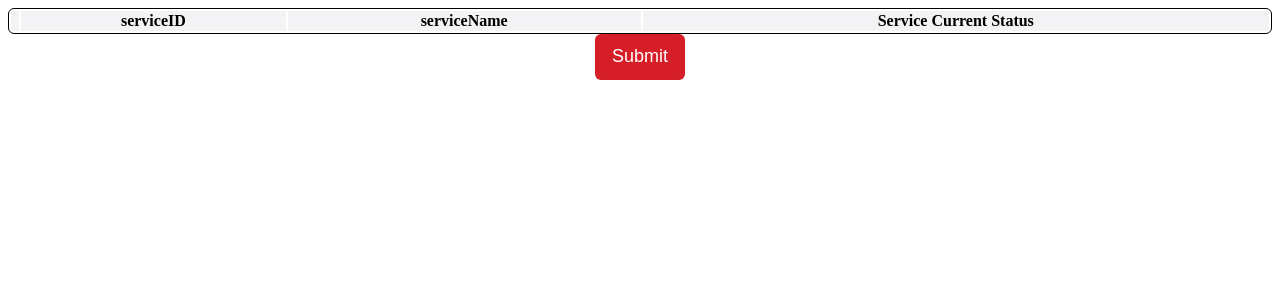
Repository: suma94/MyProjects
Page: http://localhost/SelfServiceSales/Display.jsp
An editor plug-in stored every save of this project. The page is shown before and after the next save, followed by the edit.
The browser window is 1280 px wide. The pictures show the whole page.
The page is served by Tomcat 9. Other server files are loaded and not shown.

Above is the page before, as saved 2015-08-26 04:42:26.

### SelfServiceSales/WebContent/Display.jsp
<%@ page language="java" contentType="text/html; charset=ISO-8859-1"
    pageEncoding="ISO-8859-1"%>
    <%@ taglib uri="http://java.sun.com/jsp/jstl/core" prefix="c" %>
<!DOCTYPE html PUBLIC "-//W3C//DTD HTML 4.01 Transitional//EN" "http://www.w3.org/TR/html4/loose.dtd">
<html>
<head>
<meta http-equiv="Content-Type" content="text/html; charset=ISO-8859-1">
<link rel="stylesheet" type="text/css" href="styles.css">
<title>Insert title here</title>

</head>
<body>
	<form action="SuspendComplete" method="post">
		<table class="vztable"   >
			<tr>
				<th><th>serviceID<th>serviceName<th>Service Current Status</th>
			</tr>
			<c:forEach var="e" items="${infols}">
			<tr>
				<td><input type="radio"  name="services" value="${e.service_id}"> </td>
				<td><c:out value="${e.service_id}"></c:out> </td>
				<td><c:out value="${e.service_name}"></c:out> </td>
				<td><c:out value="${e.service_current_status}"></c:out> </td>
			</tr>
			</c:forEach>
			</table>
			<center>
				<input type="submit" value="Submit" name="Suspend" class="vzbtn">
			</center>
	</form>
</body>
</html>

### SelfServiceSales/WebContent/styles.css
.vz-standard-font
{
	font-family:arial;
}
.vzh1
{
	font-family:arial;
	font-style:bold;
	font-size:28px;
	color:#B00000;
}
.vzh2
{
	font-family:arial;
	font-style:bold;
	font-size:24px;
	color:#B00000;
}
.vzh3
{
	font-family:arial;
	font-style:bold;
	font-size:21.33px;
	color:#333333;
}
.vzh4
{
	font-family:arial;
	font-style:bold;
	font-size:18.66px;
	color:#333333;

}
.vzh5
{
	font-family:arial;
	font-style:bold;
	font-size:16px;
	color:#333333;
}
.vzh6
{
	font-family:arial;
	font-style:bold;
	font-size:14.66px;
	color:#333333;
}
.vzred
{
	color:#ED1C24;
}
.vzdarkgrey
{
	color:#595A5D;
}
.vzgrey
{
	color:#D2D3D4;
}
.vzlightgrey
{
	color:#ECEDEE;
}
.vzsecondary1
{
	color:rgb(115,185,176);
}
.vzsecondary2
{
	color:rgb(259,223,76);
}
.vzsecondary3
{
	color:rgb(74,154,77);
}.vzsecondary4
{
	color:rgb(46,103,178);
}
.vzsecondary5
{
	color:rgb(196,159,57);
}
.vzsecondary6
{
	color:rgb(210,102,159);
}
.vzsecondary7
{
	color:rgb(127,52,131);
}
.vzsecondary8
{
	color:rgb(49,149,169);
}
a.vzlink:link {
     font-family:Arial; color:#0066CC; text-decoration:underline;
}

/* visited link */
a.vzlink:visited {
  font-family:Arial; color:#990099; text-decoration:none;

}

/* mouse over link */
a .vzlink:hover {
   font-family:Arial; color:#0066CC; text-decoration:underline;
}

/* selected link */
a.vzlink:active {
font-family:Arial; color:#B00000; text-decoration:none;
}

.vzbtn {
  -webkit-border-radius: 6;
  -moz-border-radius: 6;
 padding: 10px 16px;
font-size: 18px;
line-height: 1.33333;
border-radius: 6px;
margin-bottom: 0px;
font-weight: 400;
text-align: center;
white-space: nowrap;
vertical-align: middle;
cursor: pointer;
-moz-user-select: none;
background-image: none;
border: 1px solid transparent;

  font-family: Arial;
  color: #ffffff;

  background: #d51e27;

  text-decoration: none;
}
.vzbtn:focus {outline:0;}

.vzbtn:hover {
  text-decoration: none;
}
.vzbtnsmall {
  -webkit-border-radius: 3;
  -moz-border-radius: 3;
  padding: 5px 10px;
    padding-top: 5px;
    padding-right: 10px;
    padding-bottom: 5px;
    padding-left: 10px;
font-size: 12px;
line-height: 1.5;
border-radius: 3px;
display: inline-block;
margin-bottom: 0px;
font-weight: 400;
text-align: center;
white-space: nowrap;
vertical-align: middle;
cursor: pointer;
-moz-user-select: none;
background-image: none;
border: 1px solid transparent;

  font-family: Arial;
  color: #ffffff;

  background: #d51e27;

  text-decoration: none;
}
.vzbtnsmall:focus {outline:0;}

.vzbtnsmall:hover {
  text-decoration: none;
}
.vzbtnmedium {
	padding: 6px 12px;
margin-bottom: 0px;
font-size: 14px;
font-weight: 400;
line-height: 1.42857;
text-align: center;
white-space: nowrap;
vertical-align: middle;
cursor: pointer;
-moz-user-select: none;
background-image: none;
border: 1px solid transparent;
border-radius: 4px;
  -webkit-border-radius: 4;
  -moz-border-radius: 4;



  font-family: Arial;
  color: #ffffff;

  background: #d51e27;

  text-decoration: none;
}
.vzbtnmedium:focus {outline:0;}

.vzbtnmedium:hover {
  text-decoration: none;
}
.vzbtnxsmall {
	padding: 1px 5px;
    padding-top: 1px;
    padding-right: 5px;
    padding-bottom: 1px;
    padding-left: 5px;
font-size: 12px;
line-height: 1.5;
border-radius: 3px;
	display: inline-block;
margin-bottom: 0px;
font-weight: 400;
text-align: center;
white-space: nowrap;
vertical-align: middle;
cursor: pointer;
-moz-user-select: none;
background-image: none;
border: 1px solid transparent;

border-radius: 3px;
  -webkit-border-radius: 3;
  -moz-border-radius: 3;



  font-family: Arial;
  color: #ffffff;

  background: #d51e27;

  text-decoration: none;
}
.vzbtnxsmall:focus {outline:0;}

.vzbtnxsmall:hover {
  text-decoration: none;
}
.vzbtn1{
  -webkit-border-radius: 6;
  -moz-border-radius: 6;
 padding: 10px 16px;
font-size: 18px;
line-height: 1.33333;
border-radius: 6px;
margin-bottom: 0px;
font-weight: 400;
text-align: center;
white-space: nowrap;
vertical-align: middle;
cursor: pointer;
-moz-user-select: none;
background-image: none;
border: 1px solid transparent;

  font-family: Arial;
  color: #ffffff;

  background: #464a4f;

  text-decoration: none;
}
.vzbtn1:focus {outline:0;}

.vzbtn1:hover {
  text-decoration: none;
}
.vzbtn1small {
  -webkit-border-radius: 3;
  -moz-border-radius: 3;
  padding: 5px 10px;
    padding-top: 5px;
    padding-right: 10px;
    padding-bottom: 5px;
    padding-left: 10px;
font-size: 12px;
line-height: 1.5;
border-radius: 3px;
display: inline-block;
margin-bottom: 0px;
font-weight: 400;
text-align: center;
white-space: nowrap;
vertical-align: middle;
cursor: pointer;
-moz-user-select: none;
background-image: none;
border: 1px solid transparent;

  font-family: Arial;
  color: #ffffff;

  background: #464a4f;

  text-decoration: none;
}
.vzbtn1small:focus {outline:0;}

.vzbtn1small:hover {
  text-decoration: none;
}
.vzbtn1medium {
	padding: 6px 12px;
margin-bottom: 0px;
font-size: 14px;
font-weight: 400;
line-height: 1.42857;
text-align: center;
white-space: nowrap;
vertical-align: middle;
cursor: pointer;
-moz-user-select: none;
background-image: none;
border: 1px solid transparent;
border-radius: 4px;
  -webkit-border-radius: 4;
  -moz-border-radius: 4;



  font-family: Arial;
  color: #ffffff;

  background: #464a4f;

  text-decoration: none;
}
.vzbtn1medium:focus {outline:0;}

.vzbtn1medium:hover {
  text-decoration: none;
}
.vzbtn1xsmall {
	padding: 1px 5px;
    padding-top: 1px;
    padding-right: 5px;
    padding-bottom: 1px;
    padding-left: 5px;
font-size: 12px;
line-height: 1.5;
border-radius: 3px;
	display: inline-block;
margin-bottom: 0px;
font-weight: 400;
text-align: center;
white-space: nowrap;
vertical-align: middle;
cursor: pointer;
-moz-user-select: none;
background-image: none;
border: 1px solid transparent;

border-radius: 3px;
  -webkit-border-radius: 3;
  -moz-border-radius: 3;



  font-family: Arial;
  color: #ffffff;

  background: #464a4f;

  text-decoration: none;
}
.vzbtn1xsmall:focus {outline:0;}

.vzbtnx1small:hover {
  text-decoration: none;
}


.vzbtn2{
  -webkit-border-radius: 7;
  -moz-border-radius: 7;
  border-radius: 7px;

  font-family: Arial;
  color: #818181;
  font-size: 14px;
  background: #e3e6e5;
  padding: 10px 20px 10px 20px;
  text-decoration: none;
}
.vzbtn2:focus {outline:0;}
.vzbtn2:hover {
  text-decoration: none;
}
.vzbtn2{
  -webkit-border-radius: 6;
  -moz-border-radius: 6;
 padding: 10px 16px;
font-size: 18px;
line-height: 1.33333;
border-radius: 6px;
margin-bottom: 0px;
font-weight: 400;
text-align: center;
white-space: nowrap;
vertical-align: middle;
cursor: pointer;
-moz-user-select: none;
background-image: none;
border: 1px solid transparent;

  font-family: Arial;
  color: #ffffff;

  background: #e3e6e5;

  text-decoration: none;
}
.vzbtn2:focus {outline:0;}

.vzbtn2:hover {
  text-decoration: none;
}
.vzbtn2small {
  -webkit-border-radius: 3;
  -moz-border-radius: 3;
  padding: 5px 10px;
    padding-top: 5px;
    padding-right: 10px;
    padding-bottom: 5px;
    padding-left: 10px;
font-size: 12px;
line-height: 1.5;
border-radius: 3px;
display: inline-block;
margin-bottom: 0px;
font-weight: 400;
text-align: center;
white-space: nowrap;
vertical-align: middle;
cursor: pointer;
-moz-user-select: none;
background-image: none;
border: 1px solid transparent;

  font-family: Arial;
  color: #ffffff;

  background: #e3e6e5;

  text-decoration: none;
}
.vzbtn2small:focus {outline:0;}

.vzbtn2small:hover {
  text-decoration: none;
}
.vzbtn2medium {
	padding: 6px 12px;
margin-bottom: 0px;
font-size: 14px;
font-weight: 400;
line-height: 1.42857;
text-align: center;
white-space: nowrap;
vertical-align: middle;
cursor: pointer;
-moz-user-select: none;
background-image: none;
border: 1px solid transparent;
border-radius: 4px;
  -webkit-border-radius: 4;
  -moz-border-radius: 4;



  font-family: Arial;
  color: #ffffff;

  background: #e3e6e5;

  text-decoration: none;
}
.vzbtn2medium:focus {outline:0;}

.vzbtn2medium:hover {
  text-decoration: none;
}
.vzbtn2xsmall {
	padding: 1px 5px;
    padding-top: 1px;
    padding-right: 5px;
    padding-bottom: 1px;
    padding-left: 5px;
font-size: 12px;
line-height: 1.5;
border-radius: 3px;
	display: inline-block;
margin-bottom: 0px;
font-weight: 400;
text-align: center;
white-space: nowrap;
vertical-align: middle;
cursor: pointer;
-moz-user-select: none;
background-image: none;
border: 1px solid transparent;

border-radius: 3px;
  -webkit-border-radius: 3;
  -moz-border-radius: 3;



  font-family: Arial;
  color: #ffffff;

  background: #e3e6e5;

  text-decoration: none;
}
.vzbtn2xsmall:focus {outline:0;}

.vzbtnx2small:hover {
  text-decoration: none;
}

.vztext {
  display: inline-block;
  -webkit-box-sizing: content-box;
  -moz-box-sizing: content-box;
  box-sizing: content-box;
  padding: 10px 20px;
  border: 1px solid #b7b7b7;
  -webkit-border-radius: 3px;
  border-radius: 3px;
  font: normal 14px/normal Arial, Helvetica, sans-serif;
  color: rgba(40,40,40,1);
  -o-text-overflow: clip;
  text-overflow: clip;
  background: #ecf0f1;
  -webkit-box-shadow: 2px 2px 2px 0 rgba(0,0,0,0.2) inset;
  box-shadow: 2px 2px 2px 0 rgba(0,0,0,0.2) inset;
  text-shadow: 1px 1px 0 rgba(255,255,255,0.66) ;
  -webkit-transition: all 200ms cubic-bezier(0.42, 0, 0.58, 1);
  -moz-transition: all 200ms cubic-bezier(0.42, 0, 0.58, 1);
  -o-transition: all 200ms cubic-bezier(0.42, 0, 0.58, 1);
  transition: all 200ms cubic-bezier(0.42, 0, 0.58, 1);
}

.vztextarea
{

background:#ecf0f1;
color: rgba(40,40,40,1);
border:1px solid #DCDCDC;
border-radius:2px ;
font-size:12px ;
width: 222px ;
padding: 2px ;
box-shadow: 2px 2px 2px 0 rgba(0,0,0,0.2) inset;
-webkit-box-shadow: -2px 0px 8px #DCDCDC;
-moz-box-shadow: -2px 0px 8px #DCDCDC;
}
.vztextarea:focus, input:focus{
    outline: 0;
}
.vztable {
	margin:0px;padding:0px;
	width:100%;
	border:1px solid #000000;

	-moz-border-radius-bottomleft:6px;
	-webkit-border-bottom-left-radius:6px;
	border-bottom-left-radius:6px;

	-moz-border-radius-bottomright:6px;
	-webkit-border-bottom-right-radius:6px;
	border-bottom-right-radius:6px;

	-moz-border-radius-topright:6px;
	-webkit-border-top-right-radius:6px;
	border-top-right-radius:6px;

	-moz-border-radius-topleft:6px;
	-webkit-border-top-left-radius:6px;
	border-top-left-radius:6px;
}.vztable table{
    border-collapse: collapse;
        border-spacing: 0;
	width:100%;
	height:100%;
	margin:0px;padding:0px;
}.vztable tr:last-child td:last-child {
	-moz-border-radius-bottomright:6px;
	-webkit-border-bottom-right-radius:6px;
	border-bottom-right-radius:6px;
}
.vztable table tr:first-child td:first-child {
	-moz-border-radius-topleft:6px;
	-webkit-border-top-left-radius:6px;
	border-top-left-radius:6px;
}
.vztable table tr:first-child td:last-child {
	-moz-border-radius-topright:6px;
	-webkit-border-top-right-radius:6px;
	border-top-right-radius:6px;
}.vztable tr:last-child td:first-child{
	-moz-border-radius-bottomleft:6px;
	-webkit-border-bottom-left-radius:6px;
	border-bottom-left-radius:6px;
}.vztable tr:hover td{

}
.vztable tr:nth-child(odd){ background-color:#f3f3f5; }
.vztable tr:nth-child(even)    { background-color:#ffffff; }.vztable td{
	vertical-align:middle;


	border:1px solid #000000;
	border-width:0px 1px 1px 0px;
	text-align:center;
	padding:10px;
	font-size:13px;
	font-family:Arial;
	font-weight:normal;
	color:#000000;
}.vztable tr:last-child td{
	border-width:0px 1px 0px 0px;
}.vztable tr td:last-child{
	border-width:0px 0px 1px 0px;
}.vztable tr:last-child td:last-child{
	border-width:0px 0px 0px 0px;
}
.vztable tr:first-child td{
		background:-o-linear-gradient(bottom, #595a5d 5%, #595a5d 100%);	background:-webkit-gradient( linear, left top, left bottom, color-stop(0.05, #595a5d), color-stop(1, #595a5d) );
	background:-moz-linear-gradient( center top, #595a5d 5%, #595a5d 100% );
	filter:progid:DXImageTransform.Microsoft.gradient(startColorstr="#595a5d", endColorstr="#595a5d");	background: -o-linear-gradient(top,#595a5d,595a5d);

	background-color:#595a5d;
	border:0px solid #000000;
	text-align:center;
	border-width:0px 0px 1px 1px;
	font-size:14px;
	font-family:Arial;
	font-weight:bold;
	color:#ffffff;
}
.vztable tr:first-child:hover td{
	background:-o-linear-gradient(bottom, #595a5d 5%, #595a5d 100%);	background:-webkit-gradient( linear, left top, left bottom, color-stop(0.05, #595a5d), color-stop(1, #595a5d) );
	background:-moz-linear-gradient( center top, #595a5d 5%, #595a5d 100% );
	filter:progid:DXImageTransform.Microsoft.gradient(startColorstr="#595a5d", endColorstr="#595a5d");	background: -o-linear-gradient(top,#595a5d,595a5d);

	background-color:#595a5d;
}
.vztable tr:first-child td:first-child{
	border-width:0px 0px 1px 0px;
}
.vztable tr:first-child td:last-child{
	border-width:0px 0px 1px 1px;
}

.vztable1 {
	margin:0px;padding:0px;
	width:100%;
	border:1px solid #000000;

	-moz-border-radius-bottomleft:6px;
	-webkit-border-bottom-left-radius:6px;
	border-bottom-left-radius:6px;

	-moz-border-radius-bottomright:6px;
	-webkit-border-bottom-right-radius:6px;
	border-bottom-right-radius:6px;

	-moz-border-radius-topright:6px;
	-webkit-border-top-right-radius:6px;
	border-top-right-radius:6px;

	-moz-border-radius-topleft:6px;
	-webkit-border-top-left-radius:6px;
	border-top-left-radius:6px;
}.vztable1 table{
    border-collapse: collapse;
        border-spacing: 0;
	width:100%;
	height:100%;
	margin:0px;padding:0px;
}.vztable1 tr:last-child td:last-child {
	-moz-border-radius-bottomright:6px;
	-webkit-border-bottom-right-radius:6px;
	border-bottom-right-radius:6px;
}
.vztable1 table tr:first-child td:first-child {
	-moz-border-radius-topleft:6px;
	-webkit-border-top-left-radius:6px;
	border-top-left-radius:6px;
}
.vztable1 table tr:first-child td:last-child {
	-moz-border-radius-topright:6px;
	-webkit-border-top-right-radius:6px;
	border-top-right-radius:6px;
}.vztable1 tr:last-child td:first-child{
	-moz-border-radius-bottomleft:6px;
	-webkit-border-bottom-left-radius:6px;
	border-bottom-left-radius:6px;
}.vztable1 tr:hover td{

}
.vztable1 tr:nth-child(odd){ background-color:#f3f3f5; }
.vztable1 tr:nth-child(even)    { background-color:#ffffff; }.vztable1 td{
	vertical-align:middle;


	border:1px solid #000000;
	border-width:0px 1px 1px 0px;
	text-align:center;
	padding:10px;
	font-size:13px;
	font-family:Arial;
	font-weight:normal;
	color:#000000;
}.vztable1 tr:last-child td{
	border-width:0px 1px 0px 0px;
}.vztable1 tr td:last-child{
	border-width:0px 0px 1px 0px;
}.vztable1 tr:last-child td:last-child{
	border-width:0px 0px 0px 0px;
}
.vztable1 tr:first-child td{
		/* background:-o-linear-gradient(bottom, #595a5d 5%, #595a5d 100%);	background:-webkit-gradient( linear, left top, left bottom, color-stop(0.05, #595a5d), color-stop(1, #595a5d) );
	background:-moz-linear-gradient( center top, #595a5d 5%, #595a5d 100% ); */
	filter:progid:DXImageTransform.Microsoft.gradient(startColorstr="#595a5d", endColorstr="#595a5d");	background: -o-linear-gradient(top,#595a5d,595a5d);


	border:0px solid #000000;
	text-align:center;
	border-width:0px 0px 1px 1px;
	font-size:14px;
	font-family:Arial;


}
/* .vztable1 tr:first-child:hover td{
	background:-o-linear-gradient(bottom, #595a5d 5%, #595a5d 100%);	background:-webkit-gradient( linear, left top, left bottom, color-stop(0.05, #595a5d), color-stop(1, #595a5d) );
	background:-moz-linear-gradient( center top, #595a5d 5%, #595a5d 100% );
	filter:progid:DXImageTransform.Microsoft.gradient(startColorstr="#595a5d", endColorstr="#595a5d");	background: -o-linear-gradient(top,#595a5d,595a5d);

	background-color:#595a5d;
} */
.vztable1 tr:first-child td:first-child{
	border-width:0px 0px 1px 0px;
}
.vztable1 tr:first-child td:last-child{
	border-width:0px 0px 1px 1px;
}


.vzresponsive-container { position: relative; padding-bottom: 56.25%; padding-top: 30px; height: 0; overflow: hidden; }

.vzresponsive-container iframe { position: absolute; top: 0; left: 0; width: 100%; height: 100%; }
.vzlogoContainer {
  width: 20%;
}
.vzlogoContainer img {
max-width: 100%;
}
input[type=radio], input[type=checkbox] {
	    display:none;
	}
input[type=radio] + label:before {
	    content: "";
	    display: inline-block;
	    width: 15px;
	    height: 15px;
	    vertical-align:middle;
	    margin-right: 8px;
	    background-color: #aaa;
	    box-shadow: inset 0px 2px 2px rgba(0, 0, 0, .3);
	    border-radius: 8px;
	}
input[type=checkbox] + label:before {
	    content: "";
	    display: inline-block;
	    width: 15px;
	    height: 15px;
	    vertical-align:middle;
	    margin-right: 8px;
	    background-color: #aaa;
	    box-shadow: inset 0px 2px 2px rgba(0, 0, 0, .3);
	    border-radius: 4px;
	}
input[type=radio]:checked + label:before {
		content: "\2022";
		color:white;
	    background-color: #666;
		font-size:1.8em;
		text-align:center;
		line-height:14px;
		text-shadow:0px 0px 3px #eee;
	}
input[type=checkbox]:checked + label:before {
		content:"\2714";
		color:white;
	    background-color: #666;
		text-align:center;
		line-height:15px;
	    text-shadow:0px 0px 3px #eee;
	}
	.vznavbar-inverse
	{
		background-color: #FFFFFF;
		}
.vznavbar-inverse .vznavbar-nav>.vzactive>a:hover,
.vznavbar-inverse .vznavbar-nav>li>a:hover,
.vznavbar-inverse .vznavbar-nav>li>a:focus
 {
	 background-color: #FFFFFF;
	 }
.vznavbar-inverse .vznavbar-nav>.vzactive>a,
.vznavbar-inverse .vznavbar-nav>.vzopen>a,
.vznavbar-inverse .vznavbar-nav>.vzopen>a,
.vznavbar-inverse .vznavbar-nav>.vzopen>a:hover,
.vznavbar-inverse .vznavbar-nav>.vzopen>a,
.vznavbar-inverse .vznavbar-nav>.vzopen>a:hover,
.vznavbar-inverse .vznavbar-nav>.vzopen>a:focus
{
	background-color: #FFFFFF;
	}
.vzdropdown-menu
{
	background-color: #D2D3D4;
	}
.vzdropdown-menu>li>a:hover,
.vzdropdown-menu>li>a:focus
{
	background-color: #080808;
	}
.vznavbar-inverse
{
	background-image: none;
	}
.vzdropdown-menu>li>a:hover,
.vzdropdown-menu>li>a:focus
{
	background-image: none;
	}
.vznavbar-inverse {
	border-color: #d2d3d4;
	}
.vznavbar-inverse .vznavbar-brand
{
	color: #994812;
	}
.vznavbar-inverse .vznavbar-brand:hover {
	color: #ED1C24
	}
.vznavbar-inverse .vznavbar-nav>li>a
{
	color: #080808;
	}
.vznavbar-inverse .vznavbar-nav>li>a:hover,
.vznavbar-inverse .vznavbar-nav>li>a:focus
{
	color: #ED1C24;
	}
.vznavbar-inverse .vznavbar-nav>.vzactive>a,
.vznavbar-inverse .vznavbar-nav>.vzopen>a,
.vznavbar-inverse .vznavbar-nav>.vzopen>a:hover,
.vznavbar-inverse .vznavbar-nav>.vzopen>a:focus
{
	color: #ED1C24;
	}
.vznavbar-inverse .vznavbar-nav>.vzactive>a:hover,
.vznavbar-inverse .vznavbar-nav>.vzactive>a:focus
{
	color: #ED1C24;
	}
.vzdropdown-menu>li>a
{
color: #080808;
}
.vzdropdown-menu>li>a:hover,
.vzdropdown-menu>li>a:focus
{
	color: #FFFFFF;
}
.vznavbar-inverse .vznavbar-nav>.vzdropdown>a .vzcaret
{
	border-top-color: #080808;
	}
.vznavbar-inverse .vznavbar-nav>.vzdropdown>a:hover .vzcaret
 {
	 border-top-color: #ED1C24;
	 }
.vznavbar-inverse .vznavbar-nav>.vzdropdown>a .vzcaret
{
	border-bottom-color: #080808;
	}
.vznavbar-inverse .vznavbar-nav>.vzdropdown>a:hover .vzcaret
{
	border-bottom-color: #ED1C24;
	}

.inputwrap label {
    display: inline-block;
    width: 100px;
    text-align: right;
}
.select-style {
    /* border: 1px solid #ccc; */
    width: 120px;
    border-radius: 3px;
    overflow: hidden;
    background:  url("menu-icon.png") no-repeat 90% 50%;
	background-color:#d2d3d4;
}

.select-style select {
    padding: 5px 8px;
    width: 130%;
    border: none;
    box-shadow: none;
    background:transparent;
    background-image: none;
    -webkit-appearance: none;
}


.select-style select:focus {
    outline: none;
}

.wrapper         {width:100%;height:100%;margin:0 auto;background:#ffffff}
.h_iframe        {position:relative;}
.h_iframe .ratio {display:block;width:100%;height:auto;}
.h_iframe iframe {position:absolute;top:0;left:0;width:100%; height:100%;}

After the next save:
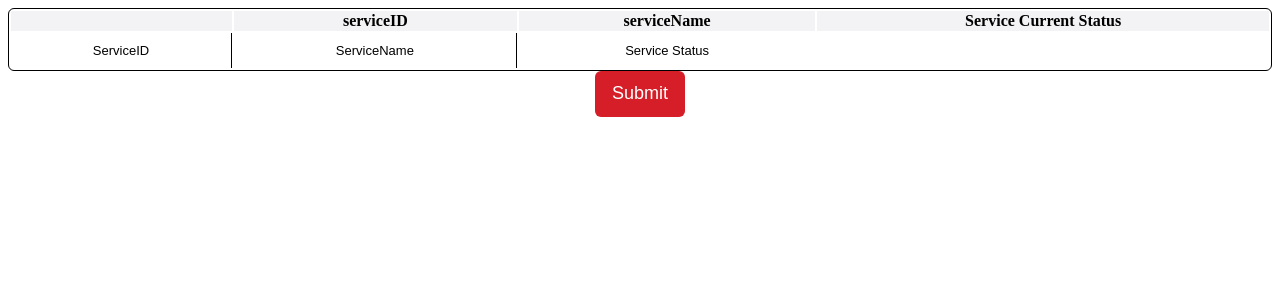
Saved 4 min 18 s later.
--- a/SelfServiceSales/WebContent/Display.jsp
+++ b/SelfServiceSales/WebContent/Display.jsp
@@ -15,6 +15,8 @@
 			<tr>
 				<th><th>serviceID<th>serviceName<th>Service Current Status</th>
 			</tr>
+			<tr>
+			<td>ServiceID</td><td>ServiceName</td><td>Service Status</td>
 			<c:forEach var="e" items="${infols}">
 			<tr>
 				<td><input type="radio"  name="services" value="${e.service_id}"> </td>
